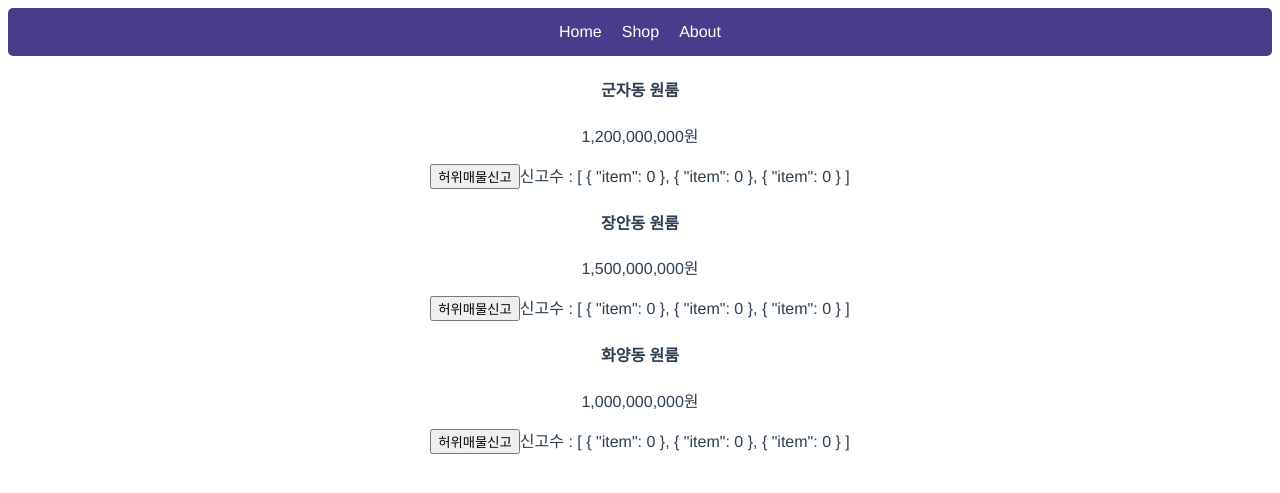
Repository: jy0813/Function
Page: / (app in function/)
The author's editor kept a copy of each file at every save. The page is drawn from the files as they stood at one save, then again after the next save.
The browser window is 1280 px wide. The pictures show the whole page.
The project was rebuilt for these pictures with package versions that can differ from the ones it lists, and the page was loaded fresh each time.

Above is the page before, as saved 2022-02-23 15:37:59.

After the next save:
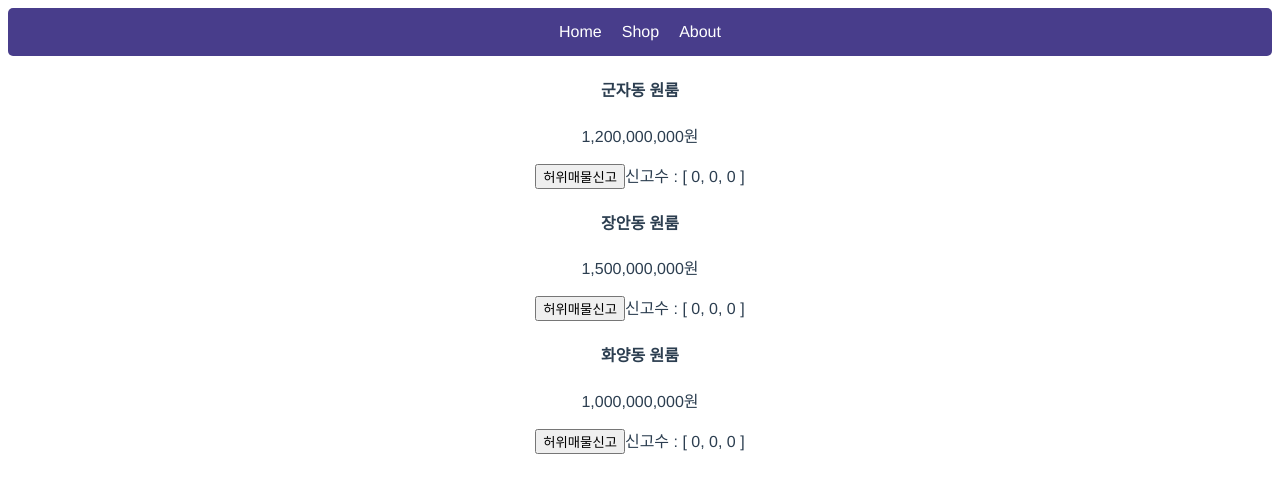
Saved 20 s later.
--- a/function/src/App.vue
+++ b/function/src/App.vue
@@ -32,17 +32,7 @@ export default {
           price:'1000000000',
         }
       ],
-      report:[
-        {
-          item:0
-        },
-        {
-          item:0
-        },
-        {
-          item:0
-        },
-      ]
+      report:[0,0,0],
     }
   },
    methods: {
